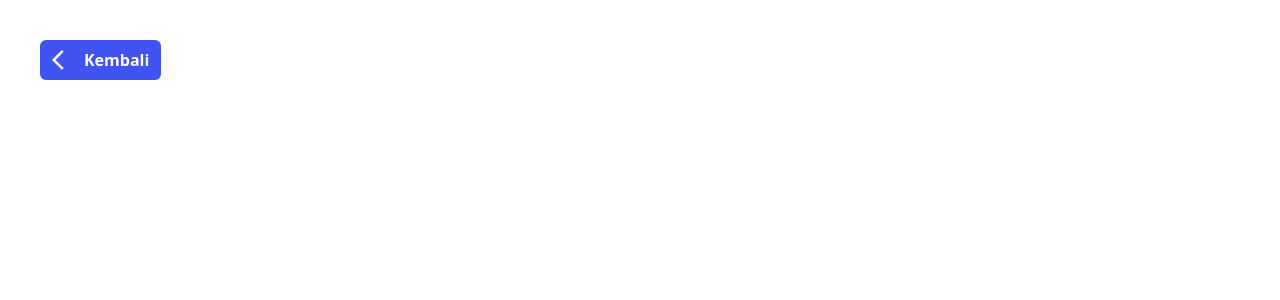
Repository: whytrno/sinovi-products
Page: /products
The author's editor kept a copy of each file at every save. The page is drawn from the files as they stood at one save, then again after the next save.
The browser window is 1280 px wide. The pictures show the whole page.
The project was rebuilt for these pictures with package versions that can differ from the ones it lists, and the page was loaded fresh each time. The framework's server and built-in components were replaced by stand-ins that run in the browser. Also part of the build but not shown: next.config.js.

Above is the page before, as saved 2023-02-25 00:11:04.

### pages/products.js
import BackIcon from "@/components/Icon/BackIcon";
import Link from "next/link";

export default function Products() {
    return (
        <div className="p-10">
            <Link href="/" className="bg-[#4154F1] flex gap-5 items-center w-min whitespace-nowrap text-white rounded-md py-2 px-3">
                <BackIcon />
                <p className="text-md font-semibold">Kembali</p>
            </Link>
        </div>
    )
}

### components/Icon/BackIcon.js
function BackIcon(props) {
    return (
        <svg
            width={12}
            height={20}
            fill="none"
            xmlns="http://www.w3.org/2000/svg"
            {...props}
        >
            <path
                d="M11.67 1.77L9.9 0 0 9.9l9.9 9.9 1.77-1.77L3.54 9.9l8.13-8.13z"
                fill="#fff"
            />
        </svg>
    );
}

export default BackIcon;

### tailwind.config.js
/** @type {import('tailwindcss').Config} */
module.exports = {
  content: [
    "./app/**/*.{js,ts,jsx,tsx}",
    "./pages/**/*.{js,ts,jsx,tsx}",
    "./components/**/*.{js,ts,jsx,tsx}"
  ],
  theme: {
    extend: {
      colors: {
        primary: "#03338D",
        secondary: "#4154F1",
        title: "#192A48",
        paragraph: "#444444"
      },
    },
    plugins: [],
  }
}

Loaded but not shown: pages/_app.js (common file); pages/_document.js (common file); styles/globals.css (common file)

After the next save:
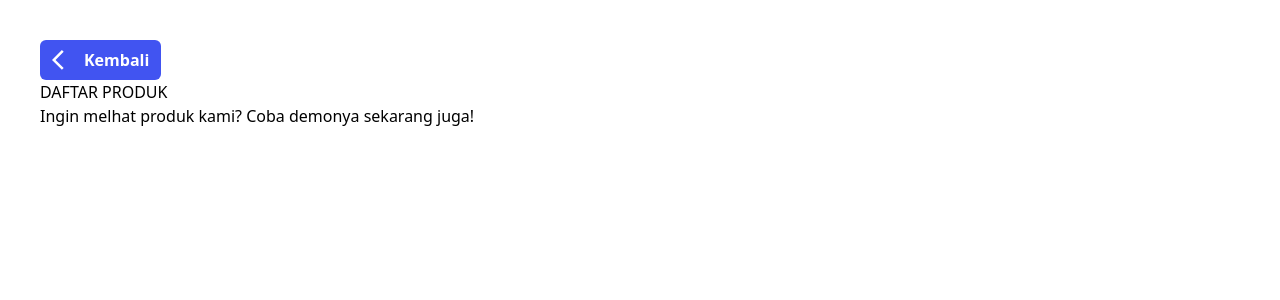
Saved 33 s later.
--- a/pages/products.js
+++ b/pages/products.js
@@ -8,6 +8,11 @@
                 <BackIcon />
                 <p className="text-md font-semibold">Kembali</p>
             </Link>
+
+            <div>
+                <h1>DAFTAR PRODUK</h1>
+                <p>Ingin melhat produk kami? Coba demonya sekarang juga!</p>
+            </div>
         </div>
     )
 }
